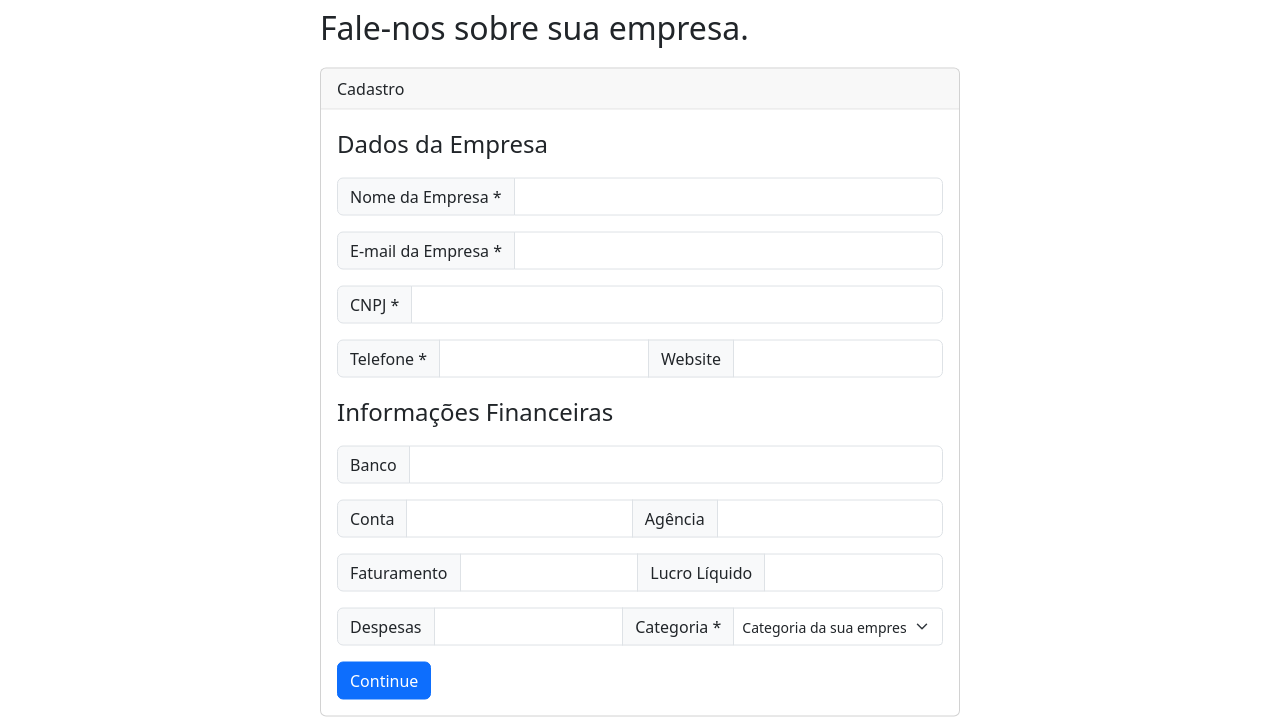
Repository: vandrecx/utilitaries
Page: http://localhost/login_archive/cadastro.php
These files come from the project's save history. The page is drawn as it stood at one moment and after the next save; the edit follows.
The browser window is 1280 px wide. The pictures show the whole page.
The page is run by PHP 8.4 with error messages shown; the project is at /var/www/html/.

Above is the page before, as saved 2024-05-03 13:33:59.

### login_archive/cadastro.php
<?php

require_once 'Conn.php';
include 'funcoes.php';

?>

<!DOCTYPE html>
<html lang="en">
<head>
    <meta charset="UTF-8">
    <meta name="viewport" content="width=device-width, initial-scale=1.0">
    <link href="https://cdn.jsdelivr.net/npm/bootstrap@5.3.3/dist/css/bootstrap.min.css" rel="stylesheet" integrity="sha384-QWTKZyjpPEjISv5WaRU9OFeRpok6YctnYmDr5pNlyT2bRjXh0JMhjY6hW+ALEwIH" crossorigin="anonymous">
    <title>Página de Cadastro</title>
</head>
<body>
    <div style="width: 50%; justify-content: center; position: absolute; top: 50%; left: 50%; transform: translate(-50%, -50%);">
        <p class="fs-2">Fale-nos sobre sua empresa.</p>
        <div class="card">
            <div class="card-header">
                Cadastro
            </div>
            <div class="card-body">
                <p class="fs-4">Dados da Empresa</p>
                <form method="POST" action="UserSignUp.php">
                    <div class="input-group mb-3">
                        <span class="input-group-text" id="inputGroup-sizing-default">Nome da Empresa *</span>
                        <input type="text" class="form-control" aria-label="Sizing example input" aria-describedby="inputGroup-sizing-default">
                    </div>
                    <div class="input-group mb-3">
                        <span class="input-group-text" id="inputGroup-sizing-default">E-mail da Empresa *</span>
                        <input type="text" class="form-control" aria-label="Sizing example input" aria-describedby="inputGroup-sizing-default">
                    </div>
                    <div class="input-group mb-3">
                        <span class="input-group-text" id="inputGroup-sizing-default">CNPJ *</span>
                        <input type="text" class="form-control" aria-label="Sizing example input" aria-describedby="inputGroup-sizing-default">
                    </div>
                    <div class="input-group mb-3">
                        <span class="input-group-text" id="inputGroup-sizing-default">Telefone *</span>
                        <input type="text" class="form-control" aria-label="Sizing example input" aria-describedby="inputGroup-sizing-default">
                        <span class="input-group-text" id="inputGroup-sizing-default">Website</span>
                        <input type="text" class="form-control" aria-label="Sizing example input" aria-describedby="inputGroup-sizing-default">
                    </div>
                    <p class="fs-4">Informações Financeiras</p>
                    <div class="input-group mb-3">
                        <span class="input-group-text" id="inputGroup-sizing-default">Banco</span>
                        <input type="text" class="form-control" aria-label="Sizing example input" aria-describedby="inputGroup-sizing-default">
                    </div>
                    <div class="input-group mb-3">
                        <span class="input-group-text" id="inputGroup-sizing-default">Conta</span>
                        <input type="text" class="form-control" aria-label="Sizing example input" aria-describedby="inputGroup-sizing-default">
                        <span class="input-group-text" id="inputGroup-sizing-default">Agência</span>
                        <input type="text" class="form-control" aria-label="Sizing example input" aria-describedby="inputGroup-sizing-default">
                    </div>
                    <div class="input-group mb-3">
                        <span class="input-group-text" id="inputGroup-sizing-default">Faturamento</span>
                        <input type="text" class="form-control" aria-label="Sizing example input" aria-describedby="inputGroup-sizing-default">
                        <span class="input-group-text" id="inputGroup-sizing-default">Lucro Líquido</span>
                        <input type="text" class="form-control" aria-label="Sizing example input" aria-describedby="inputGroup-sizing-default">
                    </div>
                    <div class="input-group mb-3">
                        <span class="input-group-text" id="inputGroup-sizing-default">Despesas</span>
                        <input type="text" class="form-control" aria-label="Sizing example input" aria-describedby="inputGroup-sizing-default">
                        <span class="input-group-text" id="inputGroup-sizing-default">Categoria *</span>
                        <select class="form-select form-select-sm" aria-label="Large select example">
                            <option selected>Categoria da sua empresa</option>
                            <option value="1">Prestação de Serviços</option>
                            <option value="2">Indústria</option>
                            <option value="3">Vendas</option>
                        </select>
                    </div>
                    <button type="submit" class="btn btn-primary" name="submit">Continue</button>
                </form>
            </div>
        </div>
    </div>

</body>
</html>

### login_archive/Conn.php
<?php

//PDO (PHP DATA OBJECTS)

$pdo = new PDO("mysql:host=localhost; dbname=sistema; charset=UTF8", "root", ""); // REALIZA CONEXÃO COM PDO
$pdo->setAttribute(PDO::ATTR_ERRMODE, PDO::ERRMODE_EXCEPTION); // EXCEPTIONS

?>

### login_archive/funcoes.php
<?php

require_once 'Conn.php';

// FUNÇÃO RESPONSÁVEL POR SANITIZAR OS DADOS PASSADOS POR POST
function sanitizeData($input_name, $type){
    switch ($type){

        case 'text':
            return filter_input(INPUT_POST, $input_name, FILTER_SANITIZE_SPECIAL_CHARS);
            break;

        case 'email':
            $email = filter_input(INPUT_POST, $input_name, FILTER_SANITIZE_EMAIL);
            //VALIDAR EMAIL AQUI NO MEIO
            return $email;
            break;

        case 'url':
            return filter_input(INPUT_POST, $input_name, FILTER_SANITIZE_URL);
            break;

        case 'int':
            return filter_input(INPUT_POST, $input_name, FILTER_SANITIZE_NUMBER_INT);
            break;

        case 'float':
            return filter_input(INPUT_POST, $input_name, FILTER_SANITIZE_NUMBER_FLOAT);
            break;

        default:
            return $input_name;
    }
}

// GERA SENHA ALEATÓRIA DE 6 CARACTERES
function generatePassword(){
    $chars = 'abcdefghijklmnopqrstuvwxyzABCDEFGHIJKLMNOPQRSTUVWXYZ0123456789!@#$%^&*()-_=+';
    return substr(str_shuffle($chars), 0, 5) . substr(str_shuffle('ABCDEFGHIJKLMNOPQRSTUVWXYZ!@#$%^&*()-_=+'), 0, 1);
}

// ATUALIZA SENHA (usada em ForgotPassword.php)
function updatePass($newpass, $email, $pdo){

    try{

        $update = $pdo->prepare("UPDATE entidade SET s_password_entidade = :new_pass WHERE s_enterpriseemail_entidade = :s_enterpriseemail_entidade");
        $update->bindParam(':new_pass', $newpass);
        $update->bindParam(':s_enterpriseemail_entidade', $email);
        $update->execute();

    } catch(PDOException $err) {

        echo 'Erro na atualização: ' . $err;

    }

}

//ESCONDE EMAIL DE RECUPERAÇÃO PASSADO POR SESSION
function hideEmail(){

    session_start();

    $email = $_SESSION['pass_repair'];
    $encript_email = substr($email, 0, 5);
    $result_email = $encript_email . str_repeat("*", strlen($email) - 5);

    session_destroy();

    return $result_email;
}

?>

After the next save:
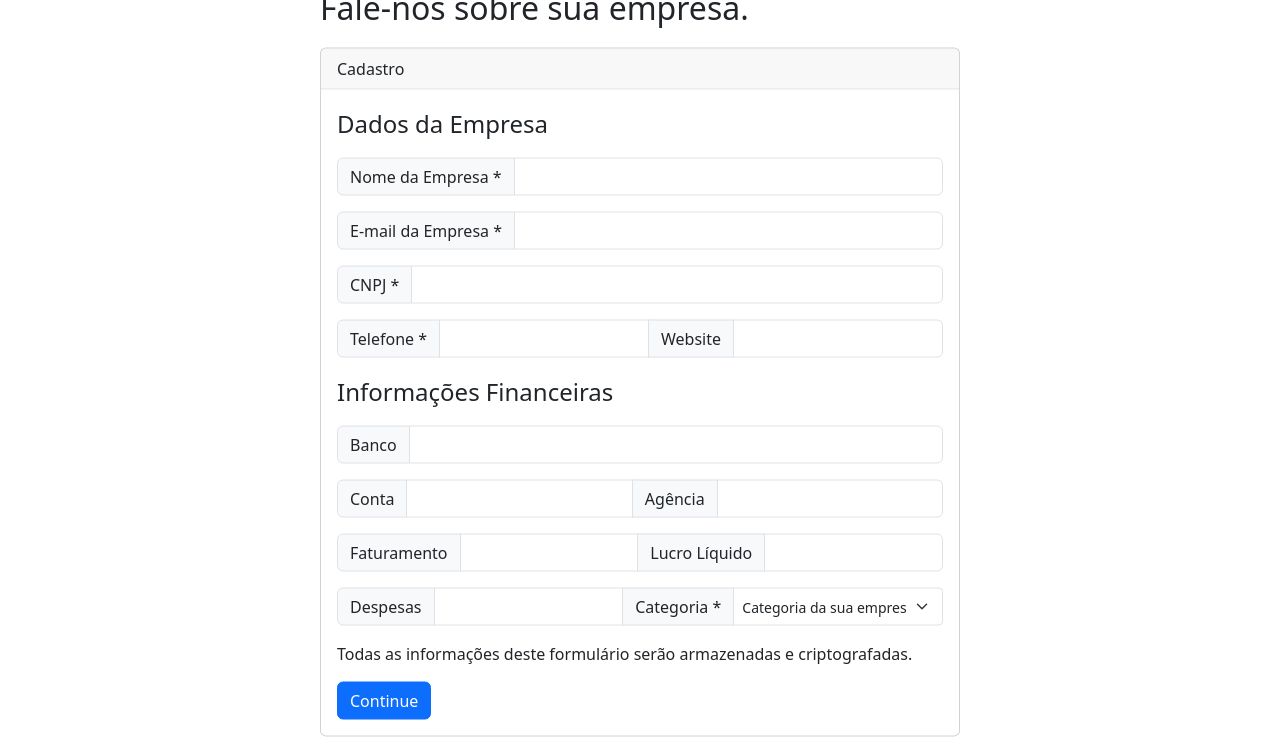
Saved 2 min 1 s later.
--- a/login_archive/cadastro.php
+++ b/login_archive/cadastro.php
@@ -69,6 +69,7 @@
                             <option value="3">Vendas</option>
                         </select>
                     </div>
+                    <p class="fs-6">Todas as informações deste formulário serão armazenadas e criptografadas.</p>
                     <button type="submit" class="btn btn-primary" name="submit">Continue</button>
                 </form>
             </div>

After the save that followed:
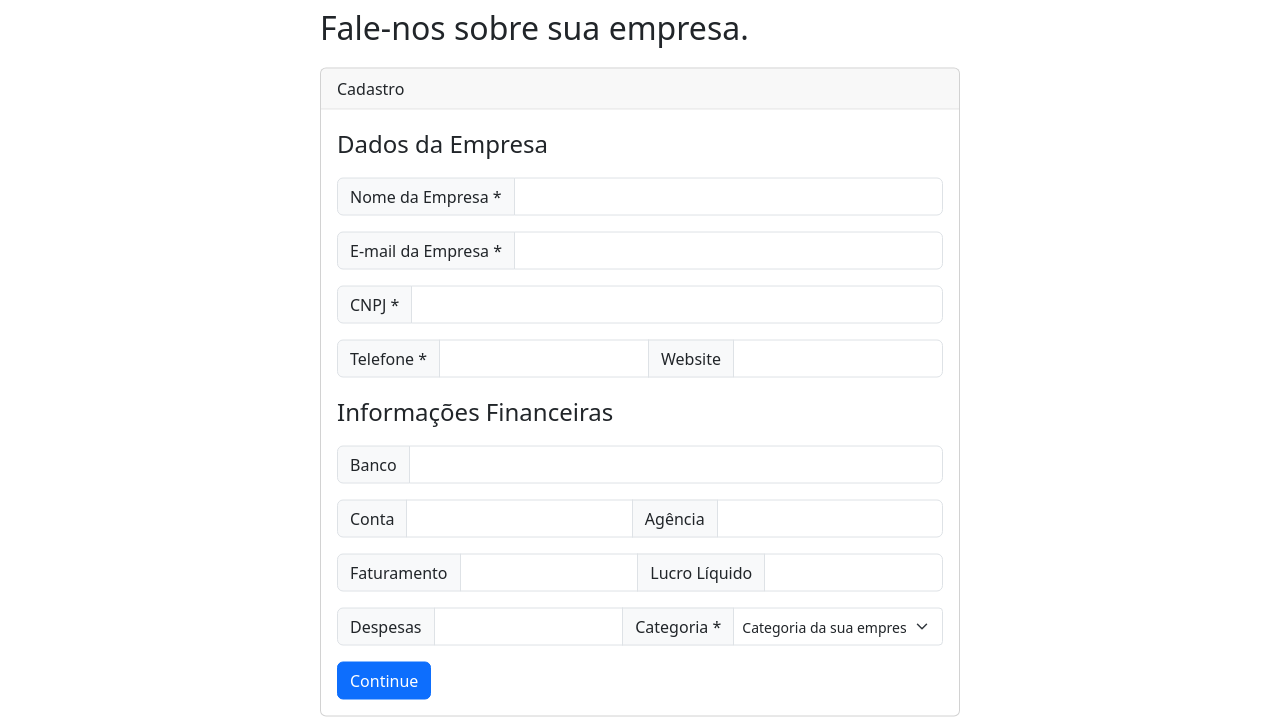
Saved 30 s later.
--- a/login_archive/cadastro.php
+++ b/login_archive/cadastro.php
@@ -69,7 +69,6 @@
                             <option value="3">Vendas</option>
                         </select>
                     </div>
-                    <p class="fs-6">Todas as informações deste formulário serão armazenadas e criptografadas.</p>
                     <button type="submit" class="btn btn-primary" name="submit">Continue</button>
                 </form>
             </div>
